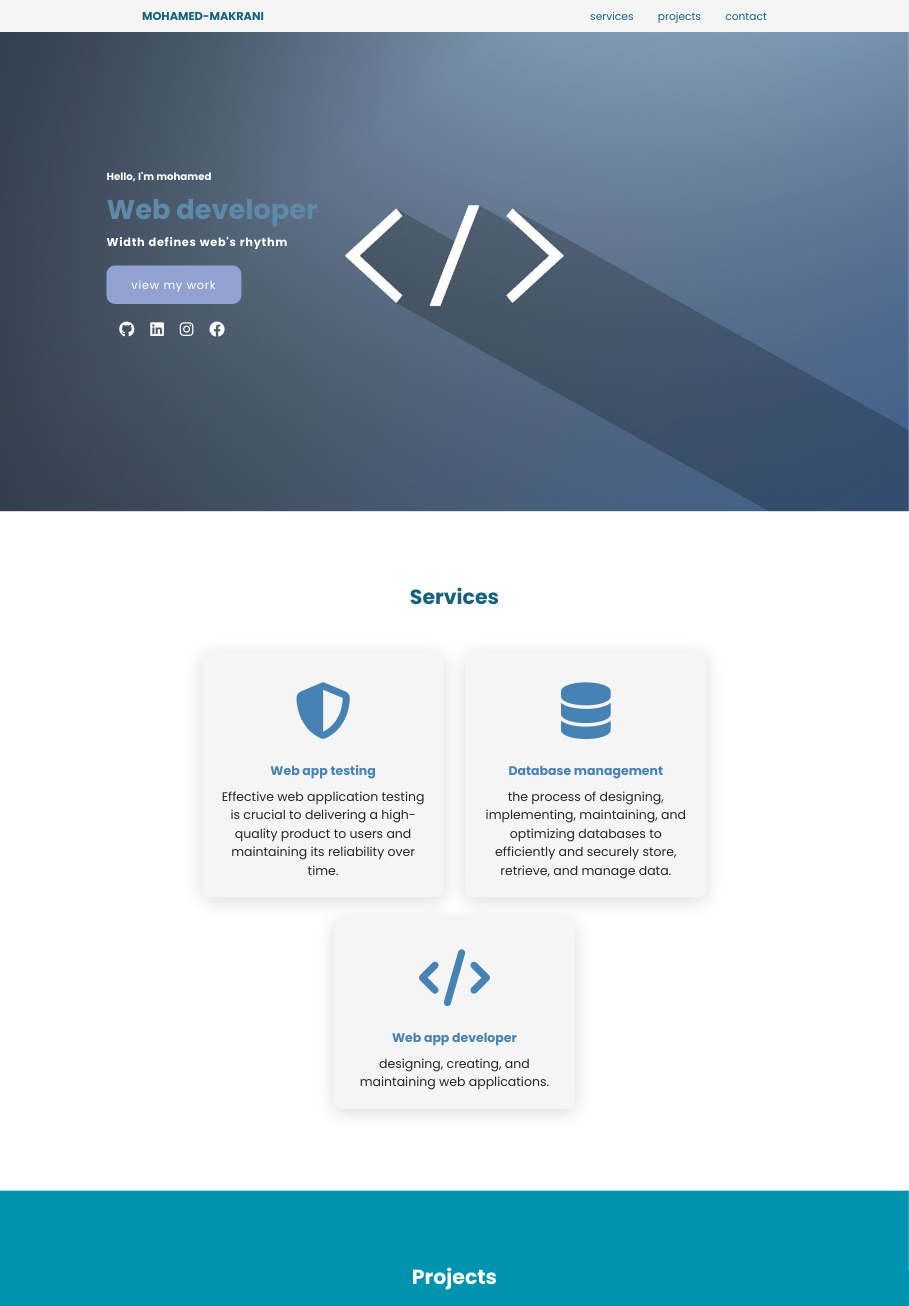
Repository: mohamed-makrani/Portfolio
Page: indixe.html
The author's editor kept a copy of each file at every save. The page is drawn from the files as they stood at one save, then again after the next save.
The browser window is 1280 px wide. The pictures show the part of the page from y = 0 to 1840 px (the page is 2417 px tall), at 71% of full size.
A picture or video elsewhere on the page could not be fetched, so the positions and the page height are approximate. Backgrounds fixed to the window are drawn as part of the page.

Above is the page before, as saved 2023-09-16 23:15:38.

After the next save:
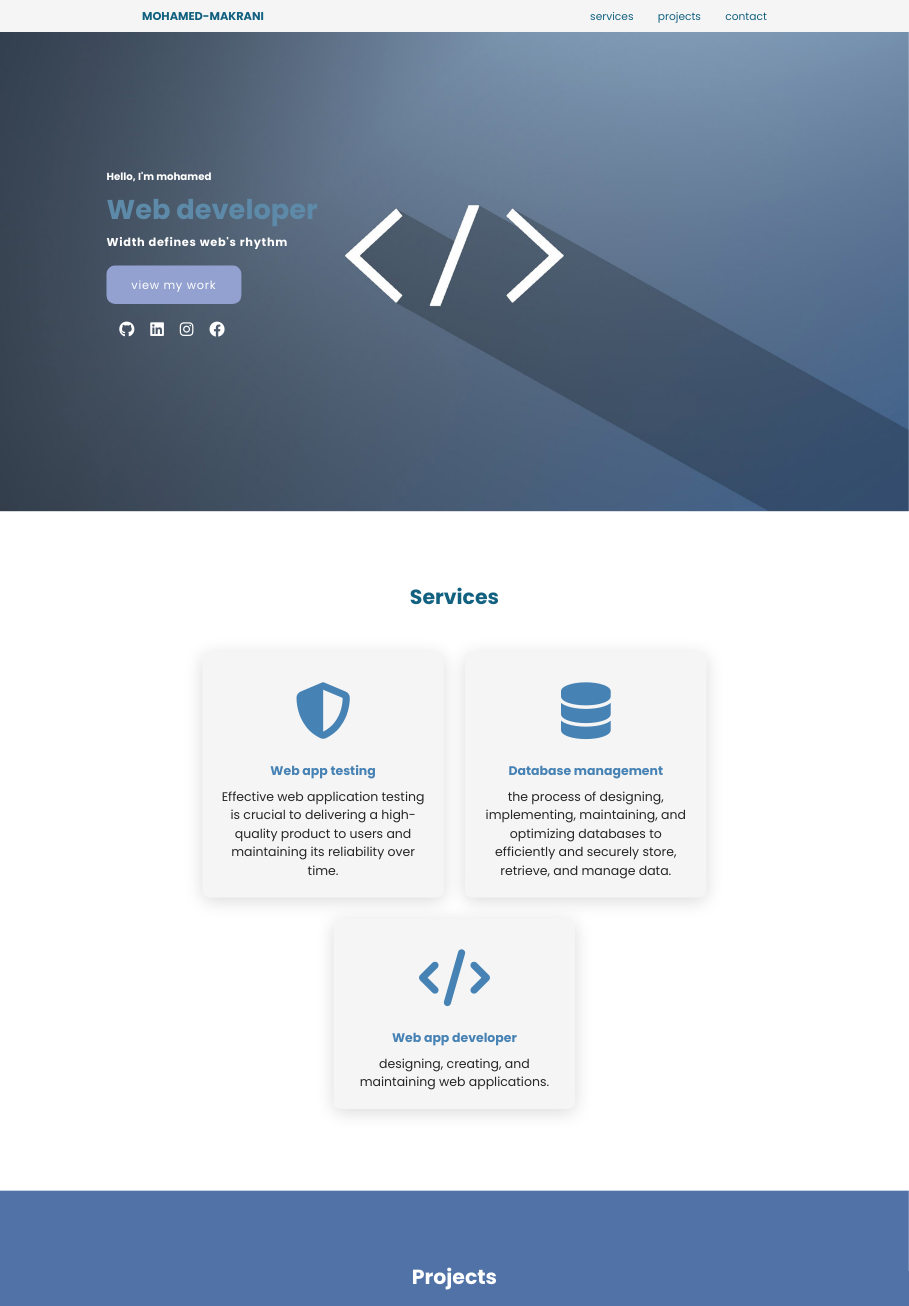
Saved 40 s later.
--- a/style.css
+++ b/style.css
@@ -160,7 +160,7 @@ transition: 0.7s ease;
 
 }
 .Projects{
-   background-color: #0093af;
+   background-color: #5072a7;
 }
 .projec-title{
 
